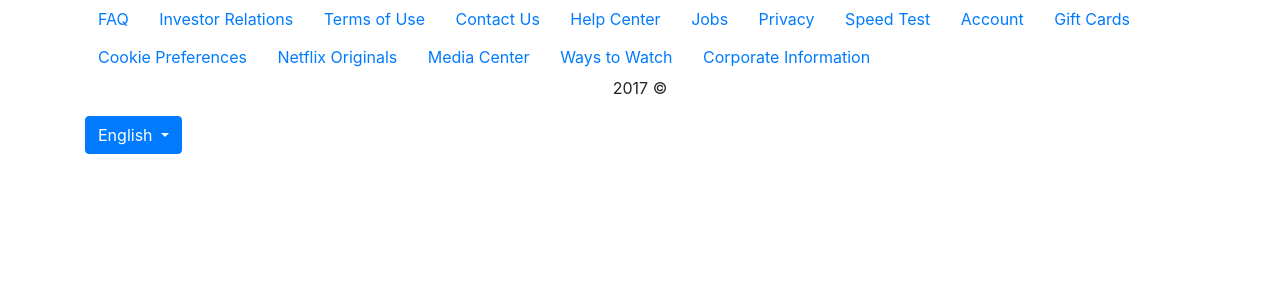
Repository: bharath309/backup
Page: http://localhost/netflix-operation/footerNetflix.jsp
The author's editor kept a copy of each file at every save. The page is drawn from the files as they stood at one save, then again after the next save.
The browser window is 1280 px wide. The pictures show the whole page.
The page is served by Tomcat 9.

Above is the page before, as saved 2018-03-06 00:11:52.

After the next save:
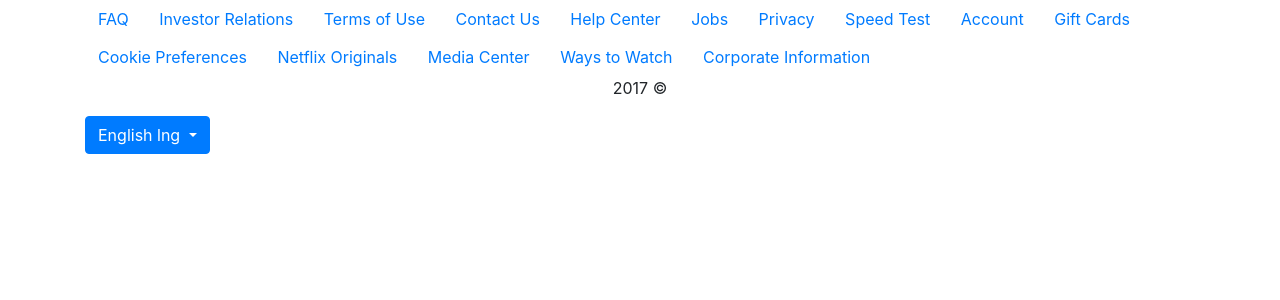
Saved 10 s later.
--- a/netflix-operation/src/main/webapp/footerNetflix.jsp
+++ b/netflix-operation/src/main/webapp/footerNetflix.jsp
@@ -37,7 +37,7 @@
 			<p align="center">2017 &copy;</p>
 			<div class="dropdown">
   <button type="button" class="btn btn-primary dropdown-toggle" data-toggle="dropdown">
-   English
+   English lng
   </button>
   <div class="dropdown-menu">
     <a class="dropdown-item" href="#">English</a>
